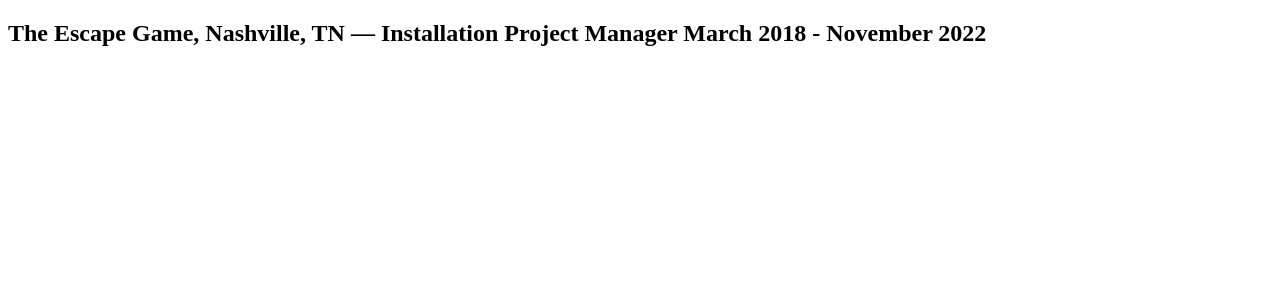
Repository: jgramirez0210/LAB-HTML-Resume
Page: index.html
An editor plug-in stored every save of this project. The page is shown before and after the next save, followed by the edit.
The browser window is 1280 px wide. The pictures show the whole page.

Above is the page before, as saved 2023-10-09 21:18:17.

After the next save:
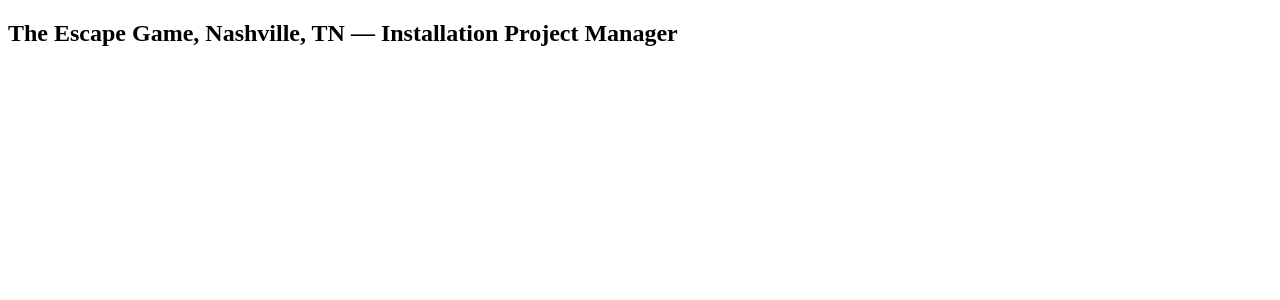
Saved 19 s later.
--- a/index.html
+++ b/index.html
@@ -8,7 +8,7 @@
 <body>
   <article>
     <h2>The Escape Game, Nashville, TN — Installation Project Manager
-      March 2018 - November 2022
+
       </h2>
   </article>
 </body>
